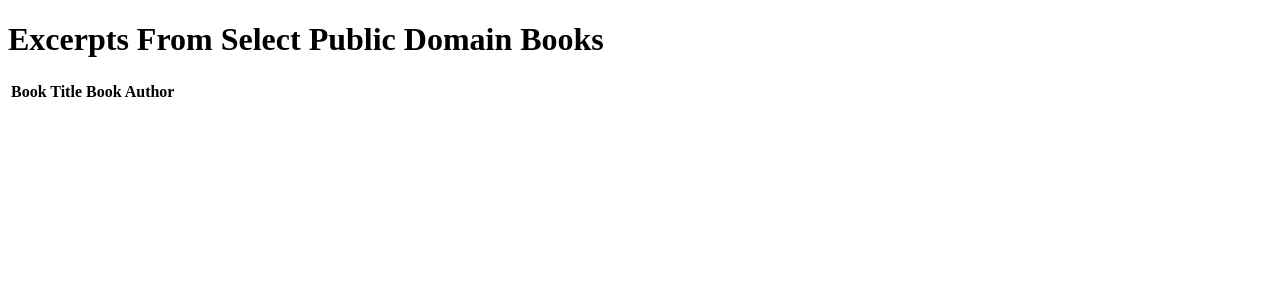
Repository: rishondass/ITMD361-Lab3
Page: index.html
These files come from the project's save history. The page is drawn as it stood at one moment and after a run of saves; the edit follows.
The browser window is 1280 px wide. The pictures show the whole page.

Above is the page before, as saved 2023-01-13 14:28:57.

### index.html
<!DOCTYPE html>
<html lang="en">
<head>
    <meta charset="UTF-8">
    <meta http-equiv="X-UA-Compatible" content="IE=edge">
    <meta name="viewport" content="width=device-width, initial-scale=1.0">
    <title>Excerpts From Select Public Domain Books</title>
</head>
<body>
    <h1>Excerpts From Select Public Domain Books</h1>
    <table>
        <thead>
            <tr>
                <th>
                    <strong>Book Title</strong>
                </th>
                <th>
                    <strong>Book Author</strong>
                </th>
            </tr>
        </thead>
        <tbody>
            <tr>
                <td></td>
            </tr>
        </tbody>
    </table>
</body>
</html>

After the next 2 saves:
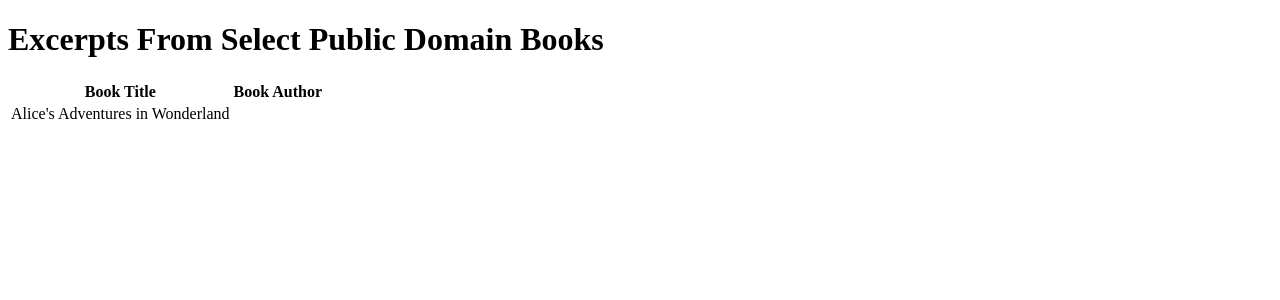
The 2 saves are shown as one change because they came seconds apart.
The last was saved 9 s later.
--- a/index.html
+++ b/index.html
@@ -21,6 +21,7 @@
         </thead>
         <tbody>
             <tr>
+                <td>Alice's Adventures in Wonderland</td>
                 <td></td>
             </tr>
         </tbody>
